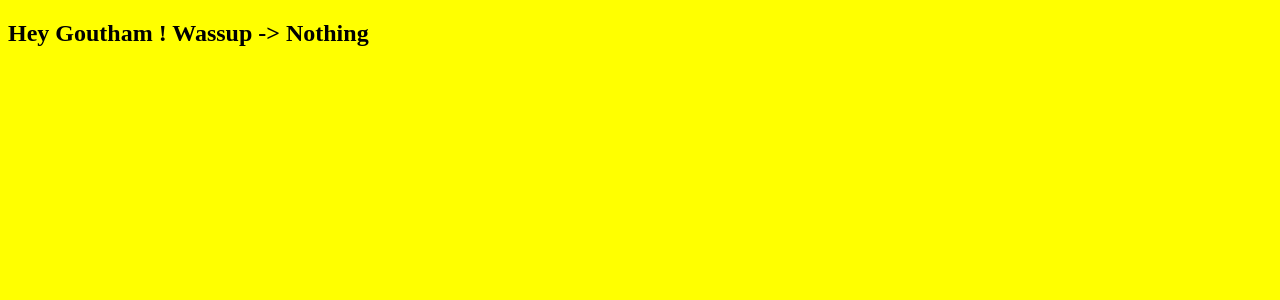
Repository: SaiGouthamVaddi/Visa-Training
Page: mywebapp/src/main/webapp/index.html
An editor plug-in stored every save of this project. The page is shown before and after the next save, followed by the edit.
The browser window is 1280 px wide. The pictures show the whole page.

Above is the page before, as saved 2019-07-16 05:15:57.

After the next save:
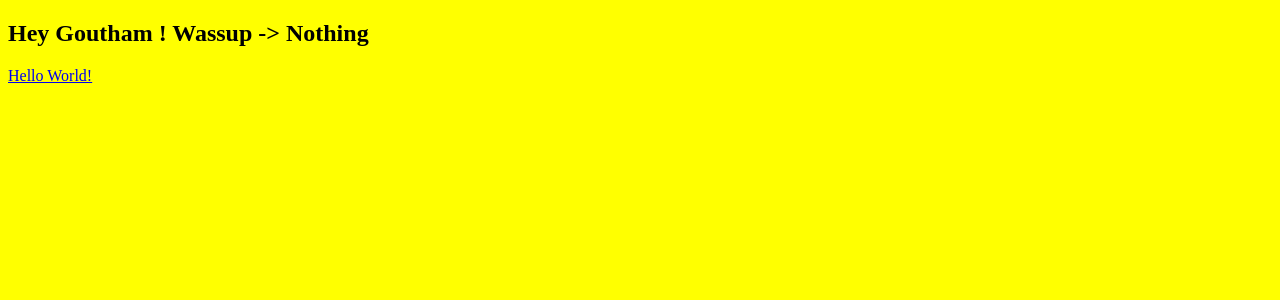
Saved 38 s later.
--- a/mywebapp/src/main/webapp/index.html
+++ b/mywebapp/src/main/webapp/index.html
@@ -7,7 +7,7 @@
 <body bgcolor = "yellow">
 
 <h2>Hey Goutham ! Wassup -> Nothing</h2>
-<a href="hello"/>
+<a href=hello>Hello World!</a><br>
 
 </body>
 </html>
